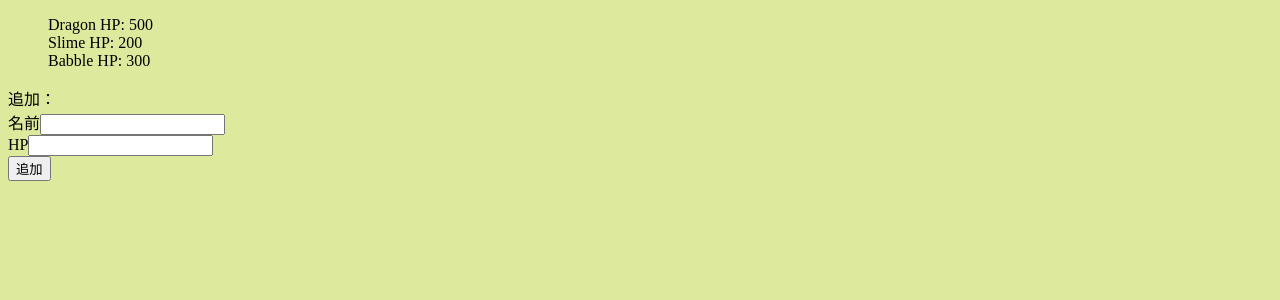
Repository: minoto9/vue_tutorial
Page: sampler/index.html
These files come from the project's save history. The page is drawn as it stood at one moment and after the next save; the edit follows.
The browser window is 1280 px wide. The pictures show the whole page.

Above is the page before, as saved 2019-07-10 21:08:37.

### sampler/index.html
<!DOCTYPE html>
<html lang="ja">
<head>
    <meta charset="UTF-8">
    <meta name="viewport" content="width=device-width, initial-scale=1.0">
    <meta http-equiv="X-UA-Compatible" content="ie=edge">
    <link rel="stylesheet" href="style.css">
    <script src="https://cdn.jsdelivr.net/npm/vue@2.6.10/dist/vue.js"></script>
    <title>Document</title>
</head>
<body>
    <div id="app">
        <ul>
            <li v-for="item in list" v-bind:key="item.id">{{ item.name }}  HP: {{ item.hp }}</li>
        </ul>
        <!-- <table>
            <tr v-for="item in list" v-bind:key="item.id">
                <td class="monsterName" v-bind:class="{warn: item.hp <= item.hp / 10}">{{ item.name }}</td>
                <td>HP : {{ item.hp }}</td>
                <td><button v-on:click="attack">Attack</button></td>
            </tr>
        </table> -->
        追加：<br>
        名前<input v-model="name"><br>
        HP<input v-model="hp"><br>
        <button v-on:click="doAdd">追加</button>
    </div>
    <script src="./main.js"></script>
</body>
</html>

### sampler/style.css
html {
    background-color: rgba(177, 204, 22, 0.425)
}

li {
    list-style: none;
}

.monsterName {
    background-color: black;
    color: white;
    font-weight: bold;
}

.warn {
    background-color: red;
}

### sampler/main.js
new Vue({
    el: '#app',
    data: {
        list: [
            {id: 1, name: "Dragon", hp: 500},
            {id: 2, name: "Slime", hp: 200},
            {id: 3, name: "Babble", hp: 300}
        ]
    },
    methods: {
        doAdd: function() {
            var max = this.list.reduce(function(a,b) {
                return a > b.id ? a : b.id
            }, 0)
            this.list.push({
                id: max + 1,
                name: this.name,
                hp: this.hp
            })
        }
    }
})

After the next save:
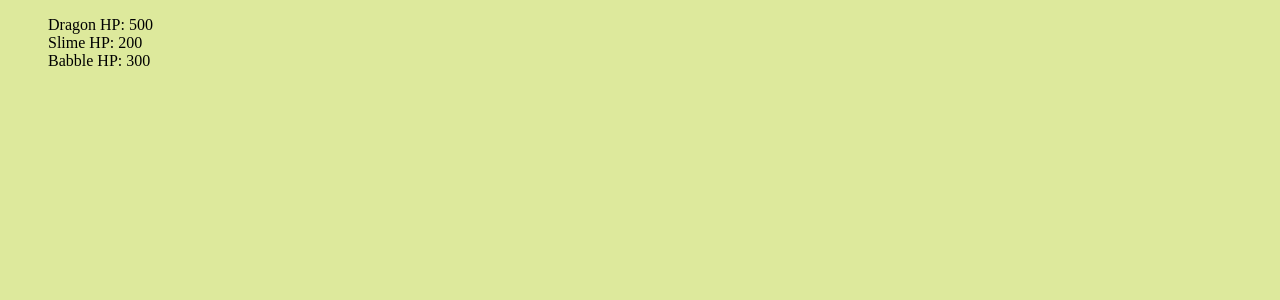
Saved 4 s later.
--- a/sampler/index.html
+++ b/sampler/index.html
@@ -20,10 +20,7 @@
                 <td><button v-on:click="attack">Attack</button></td>
             </tr>
         </table> -->
-        追加：<br>
-        名前<input v-model="name"><br>
-        HP<input v-model="hp"><br>
-        <button v-on:click="doAdd">追加</button>
+
     </div>
     <script src="./main.js"></script>
 </body>

After the save that followed:
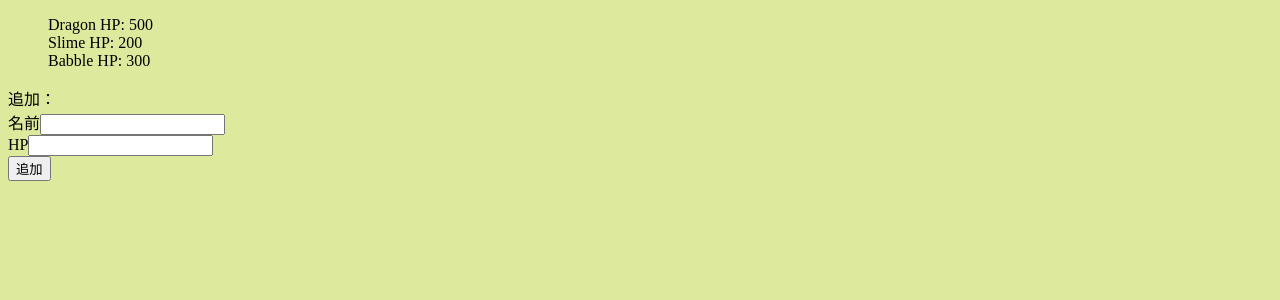
Saved 28 s later.
--- a/sampler/index.html
+++ b/sampler/index.html
@@ -20,7 +20,10 @@
                 <td><button v-on:click="attack">Attack</button></td>
             </tr>
         </table> -->
-
+        追加：<br>
+        名前<input v-model="nname"><br>
+        HP<input v-model="hp"><br>
+        <button v-on:click="doAdd">追加</button>
     </div>
     <script src="./main.js"></script>
 </body>
